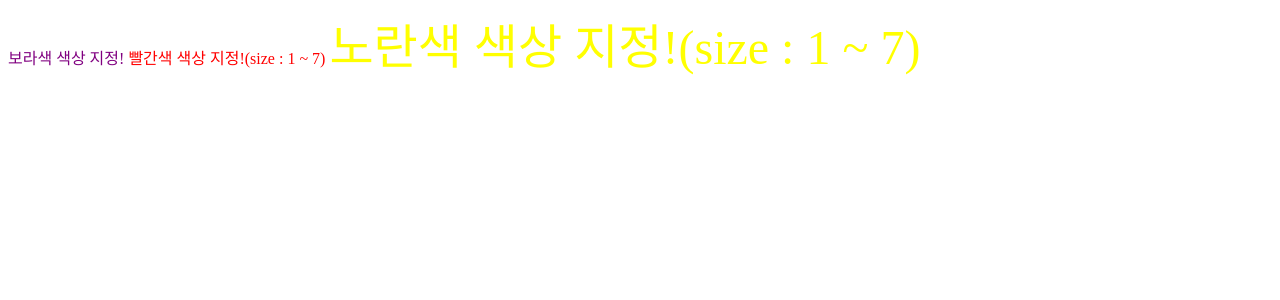
Repository: jjb5442/JSP
Page: 3Day/workspace/02_HTML_tutorial/src/main/webapp/04_Tutorial.html
An editor plug-in stored every save of this project. The page is shown before and after the next save, followed by the edit.
The browser window is 1280 px wide. The pictures show the whole page.

Above is the page before, as saved 2022-05-14 02:14:11.

### 3Day/workspace/02_HTML_tutorial/src/main/webapp/04_Tutorial.html
<!DOCTYPE html>
<html>
<head>
<meta charset="UTF-8">
<title>Insert title here</title>
</head>
<body>
	<font color="purple">보라색 색상 지정!</font>
	<font color="red" size="3">빨간색 색상 지정!(size : 1 ~ 7)</font>
	<font color="yellow" size="7">노란색 색상 지정!(size : 1 ~ 7)</font>
</body>
</html>

After the next save:
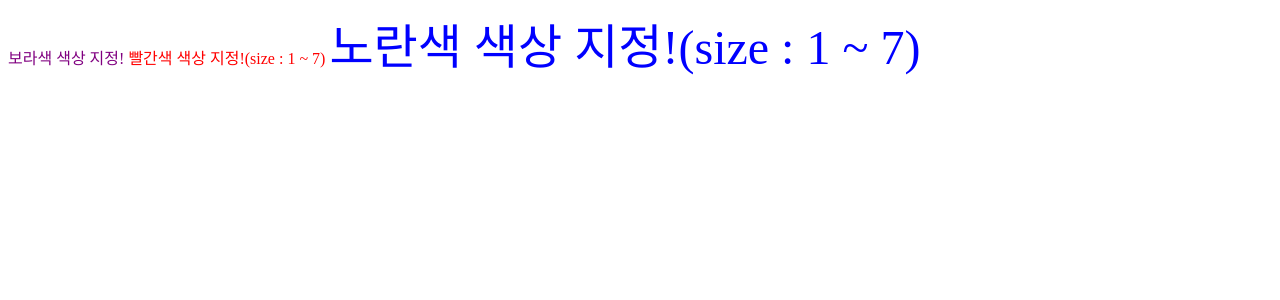
Saved 14 s later.
--- a/3Day/workspace/02_HTML_tutorial/src/main/webapp/04_Tutorial.html
+++ b/3Day/workspace/02_HTML_tutorial/src/main/webapp/04_Tutorial.html
@@ -7,6 +7,6 @@
 <body>
 	<font color="purple">보라색 색상 지정!</font>
 	<font color="red" size="3">빨간색 색상 지정!(size : 1 ~ 7)</font>
-	<font color="yellow" size="7">노란색 색상 지정!(size : 1 ~ 7)</font>
+	<font color="blue" size="7">노란색 색상 지정!(size : 1 ~ 7)</font>
 </body>
 </html>
